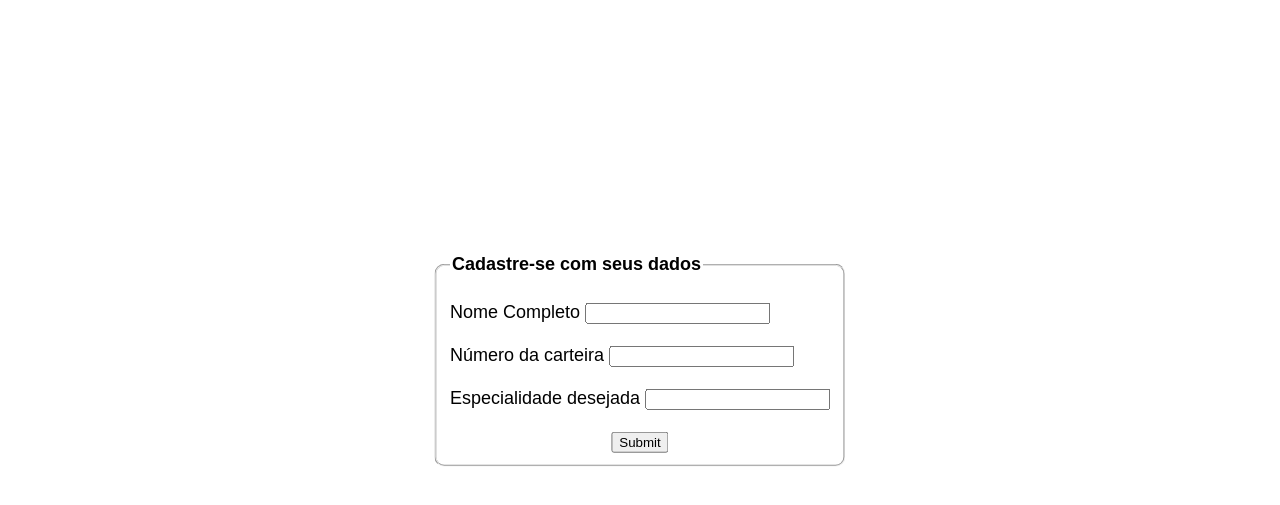
Repository: ohenriquesouza/HospitalCRUD-using-JavaEE
Page: JSP_test/src/main/webapp/cadastro.html
An editor plug-in stored every save of this project. The page is shown before and after the next save, followed by the edit.
The browser window is 1280 px wide. The pictures show the whole page.

Above is the page before, as saved 2022-12-26 19:42:15.

### JSP_test/src/main/webapp/cadastro.html
<!DOCTYPE html>
<html lang = "pt-br">
    <head>
        <meta charset="UTF-8">
        <meta http-equiv="X-UA-Compatible" content="IE=edge">
        <meta name="viewport" content="width=device-width, initial-scale=1.0">
        <title>Cadastro</title>
        <style>
            body{
                font-family: Arial, Helvetica, sans-serif;
                font-size: large;
            }
            .box{
                position: absolute;
                top: 50%;
                left: 50%;
                transform: translate(-50%, -50%);
                padding: 15px;
                border-radius: 10px;
            }
            fieldset{
                border-radius: 10px;
            }

        </style>
    </head>
    <body>
        <div class="box">
            <form action="">
                <fieldset>
                    <legend><b>Cadastre-se com seus dados</b></legend><br/>
                    <div class="input_box">
                        <label for="nome">Nome Completo</label>
                        <input type="text" name="nome" id="nome" class="input_name" required></input>
                    </div>
                    <br>
	                <div class="input_box">
                        <label for="NmCarteira">Número da carteira</label>
                        <input type="number" name="NmCarteira" id="NmCarteira" class="input_nmCarteira" required></input>
                    </div>
                    <br>
                    <div class="input_box">
                        <label for="Espec">Especialidade desejada</label>
                        <input type="text" name="Espec" id="Espec" class="input_Espec" required></input>
                    </div>
                    <br>
                    <center>
                        <input type="submit"></input>
                    </center>
                </fieldset>
            </form>
        </div>
    </body>
</html>

After the next save:
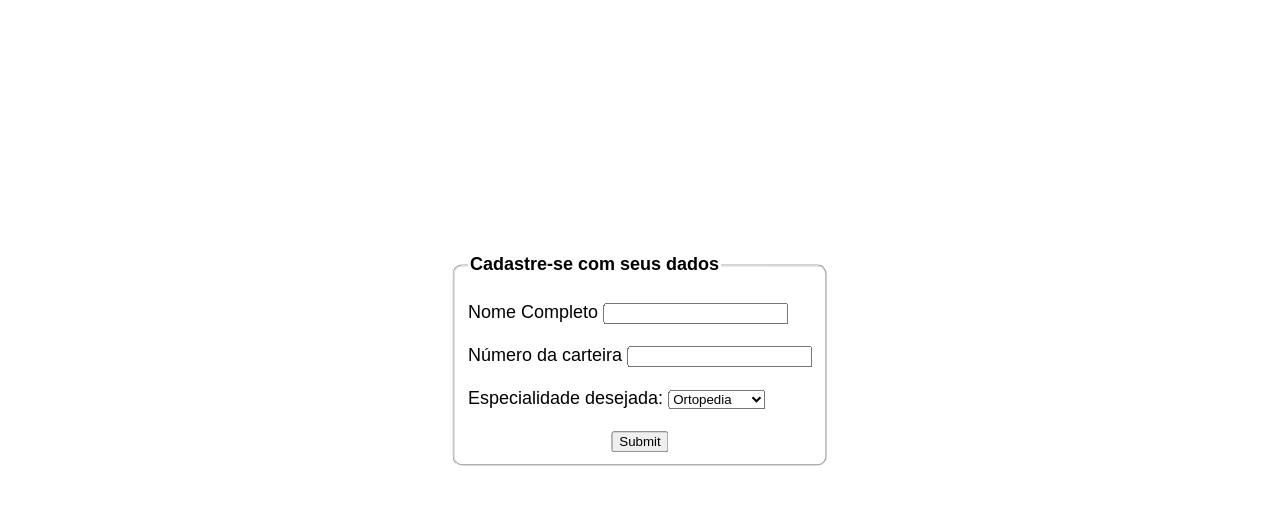
Saved 2 min 29 s later.
--- a/JSP_test/src/main/webapp/cadastro.html
+++ b/JSP_test/src/main/webapp/cadastro.html
@@ -40,8 +40,12 @@
                     </div>
                     <br>
                     <div class="input_box">
-                        <label for="Espec">Especialidade desejada</label>
-                        <input type="text" name="Espec" id="Espec" class="input_Espec" required></input>
+                        <label for="cars">Especialidade desejada:</label>
+						<select name="especs" id="especs" form="">
+						  <option value="ortopedia">Ortopedia</option>
+						  <option value="pediatria">Pediatria</option>
+						  <option value="clinica">Clínica geral</option>
+						</select>
                     </div>
                     <br>
                     <center>
